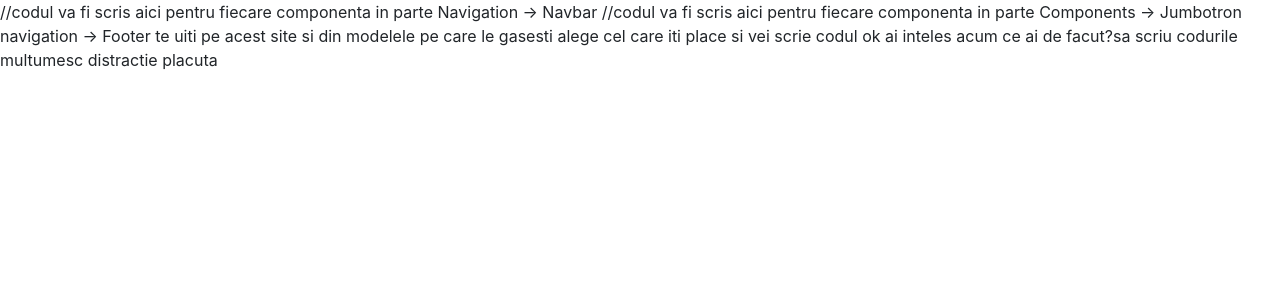
Repository: nicolasolo/bitesizecoding.space
Page: index.html
An editor plug-in stored every save of this project. The page is shown before and after the next save, followed by the edit.
The browser window is 1280 px wide. The pictures show the whole page.

Above is the page before, as saved 2020-04-09 17:30:15.

### index.html
<!DOCTYPE html>
<html lang="en">
<head>
    <meta charset="UTF-8">
    <meta name="viewport" content="width=device-width, initial-scale=1.0">
    <title>Trincu-Andrei</title>
    <link rel="stylesheet" href="https://stackpath.bootstrapcdn.com/bootstrap/4.4.1/css/bootstrap.min.css" integrity="sha384-Vkoo8x4CGsO3+Hhxv8T/Q5PaXtkKtu6ug5TOeNV6gBiFeWPGFN9MuhOf23Q9Ifjh" crossorigin="anonymous">

    <link rel="stylesheet" href="css/index.css">
</head>
<body>
<header>
<!-- Navbar-->
//codul va fi scris aici pentru fiecare componenta in parte
Navigation -> Navbar
<!-- Jumbotron -->
//codul va fi scris aici pentru fiecare componenta in parte
Components -> Jumbotron
<!-- Footer-->
navigation -> Footer
te uiti pe acest site si din modelele pe care le gasesti alege cel care iti place
si vei scrie codul

ok ai inteles acum ce ai de facut?sa scriu codurile multumesc
distractie placuta

<script src="https://code.jquery.com/jquery-3.4.1.slim.min.js" integrity="sha384-J6qa4849blE2+poT4WnyKhv5vZF5SrPo0iEjwBvKU7imGFAV0wwj1yYfoRSJoZ+n" crossorigin="anonymous"></script>
<script src="https://cdn.jsdelivr.net/npm/popper.js@1.16.0/dist/umd/popper.min.js" integrity="sha384-Q6E9RHvbIyZFJoft+2mJbHaEWldlvI9IOYy5n3zV9zzTtmI3UksdQRVvoxMfooAo" crossorigin="anonymous"></script>
<script src="https://stackpath.bootstrapcdn.com/bootstrap/4.4.1/js/bootstrap.min.js" integrity="sha384-wfSDF2E50Y2D1uUdj0O3uMBJnjuUD4Ih7YwaYd1iqfktj0Uod8GCExl3Og8ifwB6" crossorigin="anonymous"></script>
    <script src="./js/custom.js"></script>
</body>
</html>
<div></div>

Loaded but not shown: css/index.css (no stored copy; drawn as an empty file); js/custom.js (no stored copy; drawn as an empty file)

After the next save:
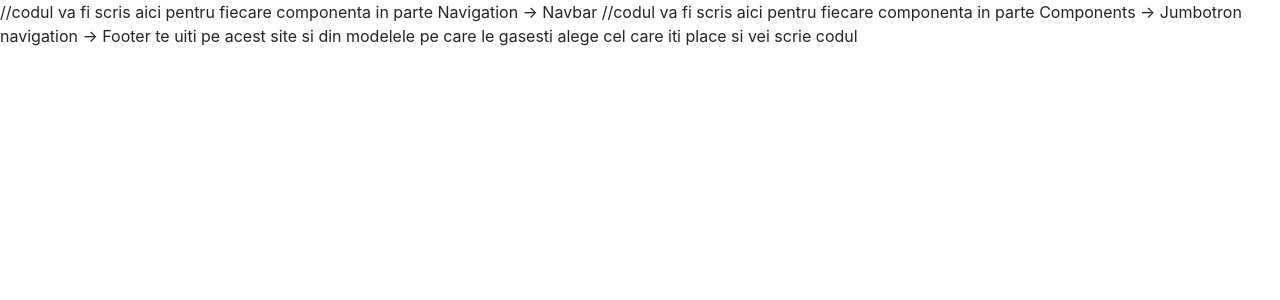
Saved 10 s later.
--- a/index.html
+++ b/index.html
@@ -21,8 +21,6 @@
 te uiti pe acest site si din modelele pe care le gasesti alege cel care iti place
 si vei scrie codul
 
-ok ai inteles acum ce ai de facut?sa scriu codurile multumesc
-distractie placuta
 
 <script src="https://code.jquery.com/jquery-3.4.1.slim.min.js" integrity="sha384-J6qa4849blE2+poT4WnyKhv5vZF5SrPo0iEjwBvKU7imGFAV0wwj1yYfoRSJoZ+n" crossorigin="anonymous"></script>
 <script src="https://cdn.jsdelivr.net/npm/popper.js@1.16.0/dist/umd/popper.min.js" integrity="sha384-Q6E9RHvbIyZFJoft+2mJbHaEWldlvI9IOYy5n3zV9zzTtmI3UksdQRVvoxMfooAo" crossorigin="anonymous"></script>
